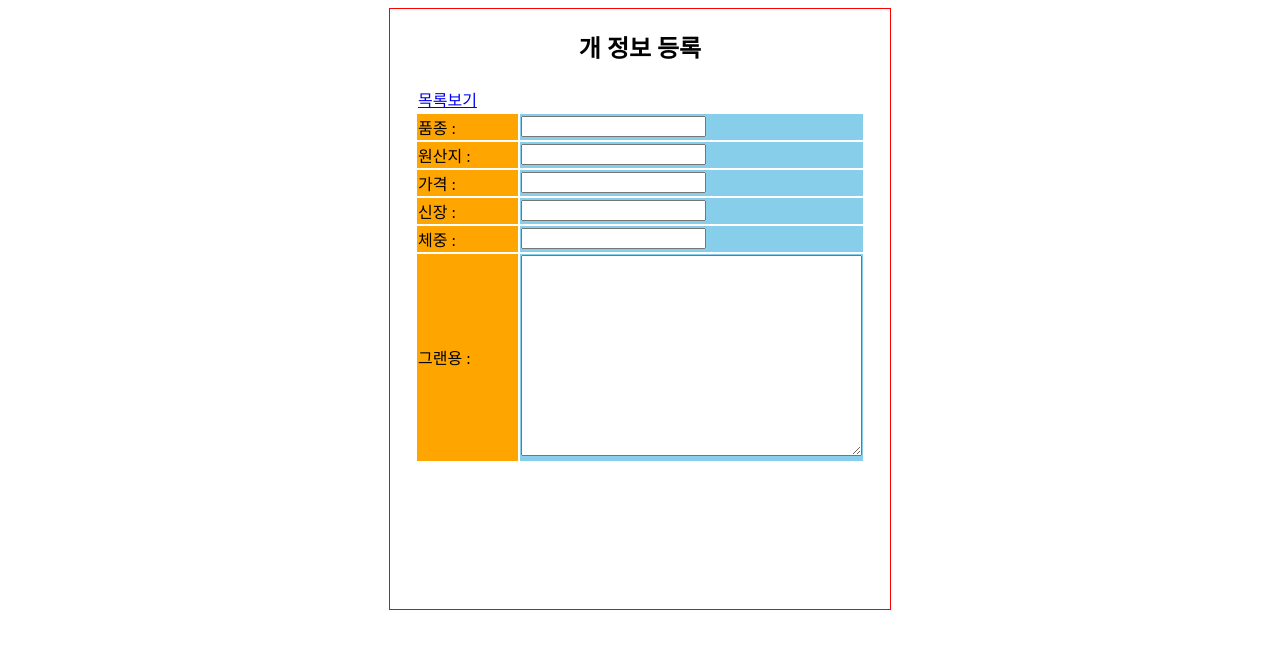
Repository: dbwls89876/Ru
Page: http://localhost/DogShopping/dogRegistForm.jsp
The author's editor kept a copy of each file at every save. The page is drawn from the files as they stood at one save, then again after the next save.
The browser window is 1280 px wide. The pictures show the whole page.
The page is served by Tomcat 9. Other server files are loaded and not shown.

Above is the page before, as saved 2021-02-26 00:41:43.

### java&jsp/Workspace/DogShopping/WebContent/dogRegistForm.jsp
<%@ page language="java" contentType="text/html; charset=UTF-8"
    pageEncoding="UTF-8"%>
<!DOCTYPE html>
<html>
<head>
<meta charset="UTF-8">
<title>Insert title here</title>
<style type="text/css">
	#registForm{
		width: 500px;
		height: 600px;
		border: 1px solid red;
		margin: auto;
	}
	h2{
		text-align: center;
	}
	table{
		margin: auto;
		width: 450px;
	}
	.td_left{
		width: 150px;
		background: orange;
	}
	.td_right{
		width: 300px;
		background: skyblue;
	}
	#commandCell{
		text-align: center;
	}
</style>
</head>
<body>
<section id = "registForm">
	<header>
		<h2>개 정보 등록</h2>
	</header>
	<form action="dogRegist.dog" method="post" name="writeForm" enctype="multipart/form-data">
		<table>
			<tr>
				<td colspan="2">
					<a href="dogList.dog">목록보기</a>
				</td>
			</tr>
			<tr>
				<td class="td_left">
					<label for="kind">품종 : </label>
				</td>
				<td class="td_right">
					<input type="text" name="kind" id="kind" required="required"/>
				</td>
			</tr>

			<tr>
				<td class="td_left">
					<label for="nation">원산지 : </label>
				</td>
				<td class="td_right">
					<input type="text" name="nation" id="nation"/>
				</td>
			</tr>

			<tr>
				<td class="td_left">
					<label for="price">가격 : </label>
				</td>
				<td class="td_right">
					<input type="text" name="price" id="price"/>
				</td>
			</tr>

			<tr>
				<td class="td_left">
					<label for="height">신장 : </label>
				</td>
				<td class="td_right">
					<input type="text" name="height" id="height"/>
				</td>
			</tr>

			<tr>
				<td class="td_left">
					<label for="weight">체중 : </label>
				</td>
				<td class="td_right">
					<input type="text" name="weight" id="weight"/>
				</td>
			</tr>

			<tr>
				<td class="td_left">
					<label for="content">그랜용 : </label>
				</td>
				<td class="td_right">
					<textarea name="centent" id="content" rows="13" cols="40" wrap="off"></textarea>
				</td>
			</tr>
		</table>
	</form>
</section>
</body>
</html>

After the next save:
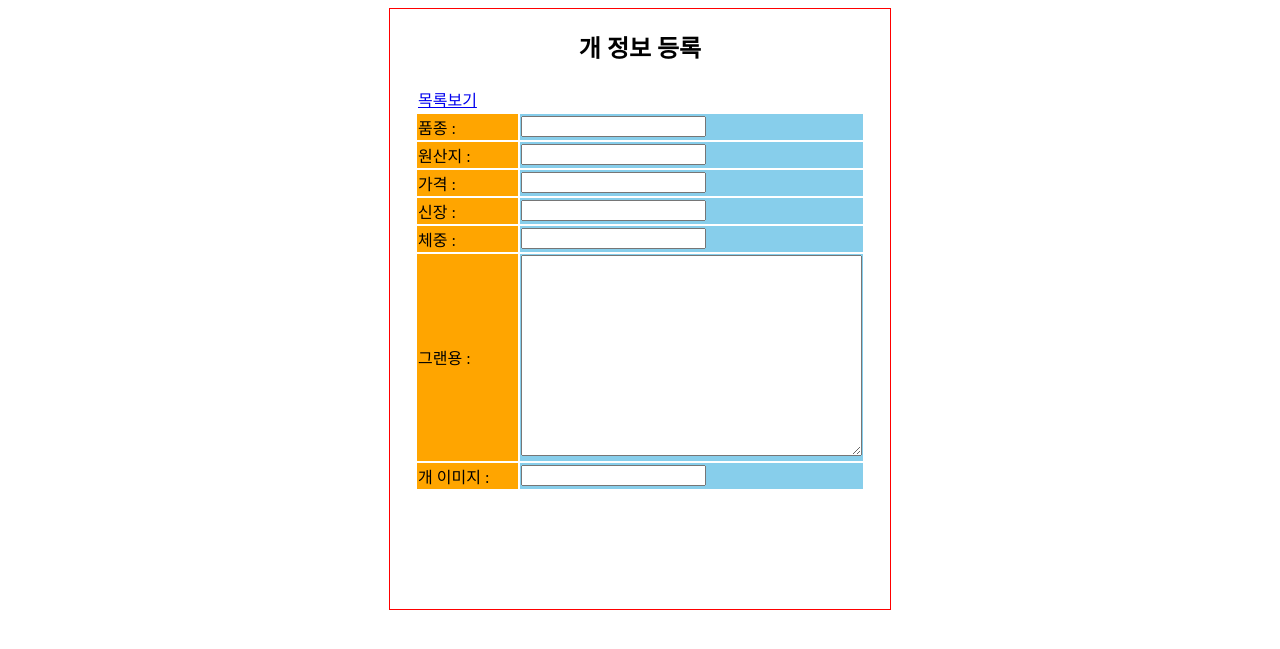
Saved 20 s later.
--- a/java&jsp/Workspace/DogShopping/WebContent/dogRegistForm.jsp
+++ b/java&jsp/Workspace/DogShopping/WebContent/dogRegistForm.jsp
@@ -97,6 +97,15 @@
 					<textarea name="centent" id="content" rows="13" cols="40" wrap="off"></textarea>
 				</td>
 			</tr>
+
+			<tr>
+				<td class="td_left">
+					<label for="image">개 이미지 : </label>
+				</td>
+				<td class="td_right">
+					<input type="text" name="" id=""/>
+				</td>
+			</tr>
 		</table>
 	</form>
 </section>
